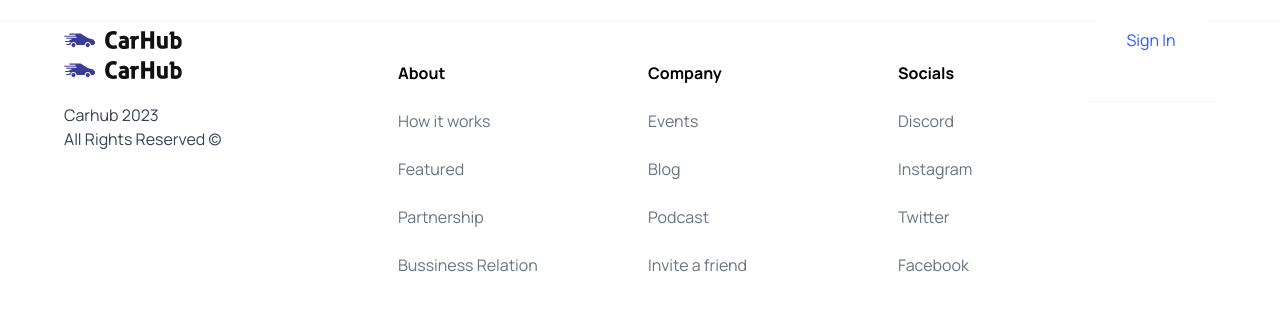
Repository: nika-otter/Car
Page: /
An editor plug-in stored every save of this project. The page is shown before and after the next save, followed by the edit.
The browser window is 1280 px wide. The pictures show the whole page.
The project was rebuilt for these pictures with package versions that can differ from the ones it lists, and the page was loaded fresh each time. The framework's server and built-in components were replaced by stand-ins that run in the browser. Also part of the build but not shown: next.config.js, components/Hero.tsx.

Above is the page before, as saved 2023-08-11 16:52:55.

### app/layout.tsx
import { Metadata } from 'next'
import './globals.css'
import { Footer, Navbar } from '@/components'


export const metadata: Metadata = {
    title: 'Cur Hub',
  description: 'Discover the best in the world',
}

export default function RootLayout({
  children,
}: {
  children: React.ReactNode
}) {
  return (
    <html lang="en">

      <body className="relative"><Navbar />{children}<Footer/></body>

    </html>
  )
}

### app/page.tsx
import Image from 'next/image'

export default function Home() {
  return (
    <main className="overflow-hidden">

    </main>
  )
}

### components/index.ts
import Hero from './Hero';
import CustomButton from './CustomButton';
import Navbar from './Navbar';
import Footer from './Footer';
export {
    Hero,
    CustomButton,
    Navbar,
    Footer
}

### components/CustomButton.tsx
"use client"

import { CustomButtonProps } from "@/types"
import Image from "next/image"
const CustomButton = ({title, containerStyles, handleClick, btnType}: CustomButtonProps) => {
  return (
    <button
    disabled={false}
    type={btnType || "button"}
    className={`custom-btn ${containerStyles}`}
    onClick={handleClick}
    >
    <span className={`flex-1`}>

        {title}
    </span>
    </button>
  )
}

export default CustomButton

### components/Navbar.tsx
import Link from "next/link";
import Image from "next/image";
import { CustomButton } from ".";
const Navbar = () => {
  return (
    <header className="w-full absolute z-10">
        <nav className="max-w-[1440px] mx-auto flex justify-between items-center sm:px-16 px-6 py-4">
            <Link href="/" className="flex justify-center items-center">
                <Image src="/logo.svg"
                alt="Car Hub Logo" width={118}
                height={18}
                className="object-contain"/>
            </Link>
            <CustomButton title="Sign In"
            btnType="button"
            containerStyles="text-primary-blue rounded-full bg-white min-w-[130px]"/>
        </nav>
    </header>
  )
}

export default Navbar

### components/Footer.tsx
import Image from "next/image"
import Link from "next/link"
import { footerLinks } from "@/constants"
const Footer = () => {
  return (
    <footer className="flex flex-col tex-black-100 mt-5 border-t border-gray-100">
      <div className="flex max-md:flex-col flex-wrap justify-between gap-5 sm:px-16 px-6 py-10">
        <div className="flex flex-col justify-start items-start gap-6">
          <Image src="/logo.svg" alt="logo" width={118} height={18} className="object-contain" />
          <p className="text-base text-gray-700">
            Carhub 2023 <br/>
            All Rights Reserved &copy;
          </p>
        </div>
        <div className="footer__links">
          {footerLinks.map((link) => (
            <div key={link.title} className="footer__link">
              <h3 className="font-bold">{link.title}</h3>
              {link.links.map((item) => (
                <Link  key={item.title} href={item.url} className="text-gray-500">
                  {item.title}
                </Link>
              ))}
            </div>
          ) )}
        </div>
        <div className="flex justify-between items-center flex-wrap mt-10 border-t border-gray-100 sm:px-16 px-6 py-10"></div>
      </div>
    </footer>
  )
}

export default Footer

Loaded but not shown: app/globals.css (common file); constants/index.ts (common file); tailwind.config.ts (common file)

After the next save:
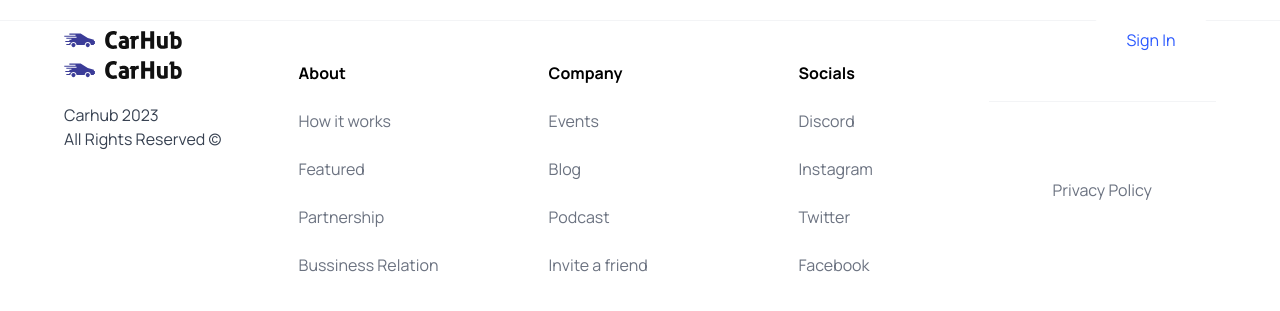
Saved 77 s later.
--- a/components/Footer.tsx
+++ b/components/Footer.tsx
@@ -24,7 +24,13 @@
             </div>
           ) )}
         </div>
-        <div className="flex justify-between items-center flex-wrap mt-10 border-t border-gray-100 sm:px-16 px-6 py-10"></div>
+        <div className="flex justify-between items-center flex-wrap mt-10 border-t border-gray-100 sm:px-16 px-6 py-10">
+          <div className="footer__copyrights-link">
+            <Link href="/" className="text-gray-500">
+              Privacy Policy
+            </Link>
+          </div>
+        </div>
       </div>
     </footer>
   )
